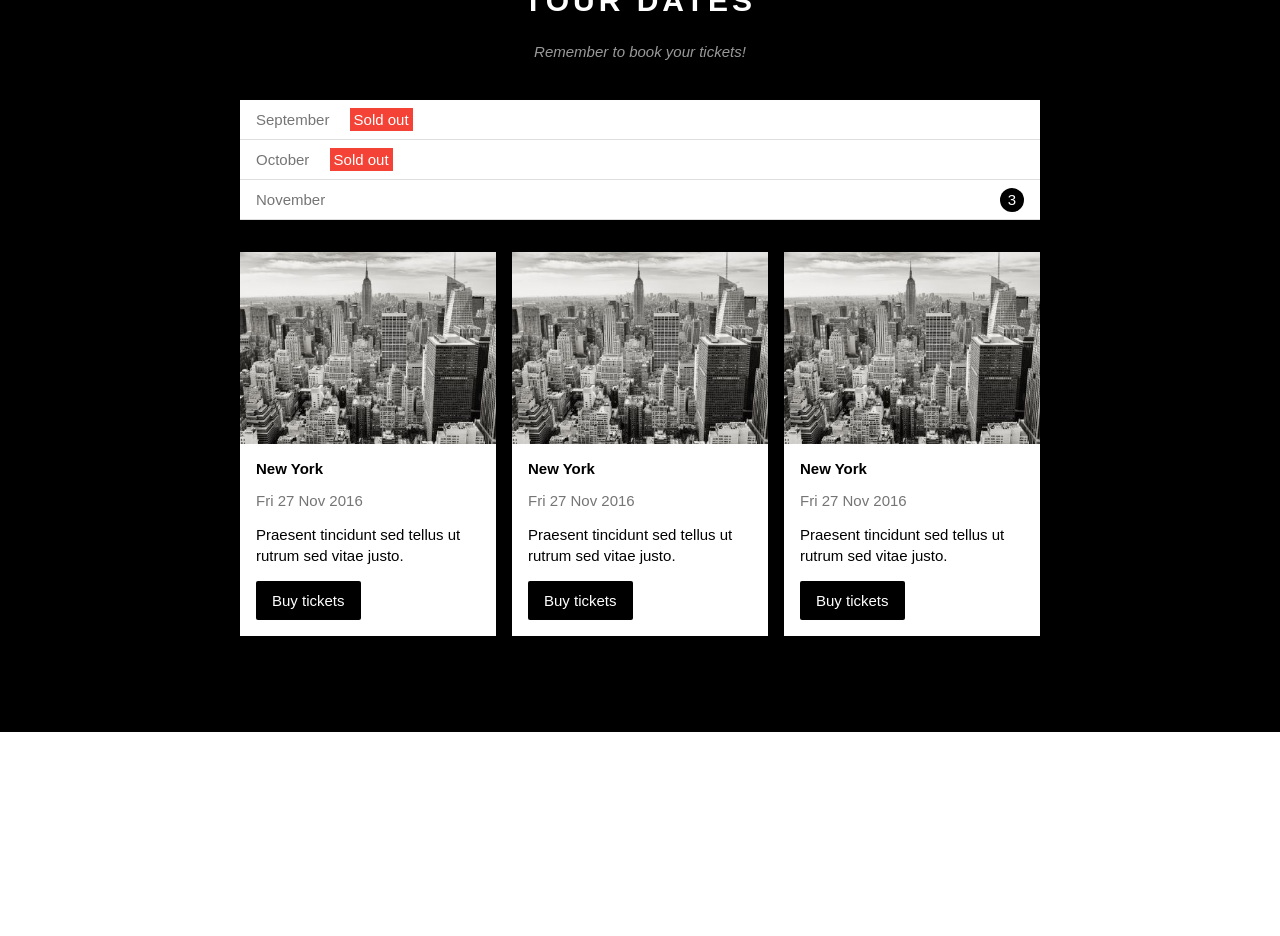
Repository: Phunobita/The-band-w3school
Page: index.html
An editor plug-in stored every save of this project. The page is shown before and after the next save, followed by the edit.
The browser window is 1280 px wide. The pictures show the part of the page from y = 1023 to 1975 px (the page is 1959 px tall before and 1975 px after).
A picture or video elsewhere on the page could not be fetched, so the positions and the page height are approximate.

Above is the page before, as saved 2021-12-02 22:45:42.

### index.html
<!DOCTYPE html>
<html lang="en">

<head>
    <meta charset="UTF-8">
    <meta http-equiv="X-UA-Compatible" content="IE=edge">
    <meta name="viewport" content="width=device-width, initial-scale=1.0">
    <title>The band</title>
    <link rel="stylesheet" href="./assets/fonts/themify-icons-font/themify-icons/themify-icons.css">
    <link rel="stylesheet" href="./assets/css/style.css">
</head>

<body>
    <div id="main">
        <div id="header">
            <!--Begin nav-->
            <ul id="nav">
                <li><a href="">Home</a></li>
                <li><a href="">Band</a></li>
                <li><a href="">Tour</a></li>
                <li><a href="">Contact</a></li>
                <li>
                    <a href="">
                        More
                        <i class="nav-arrow-down ti-angle-down"></i>
                    </a>
                    <ul class="subnav">
                        <li><a href="">Merchandise</a></li>
                        <li><a href="">Extras</a></li>
                        <li><a href="">Media</a></li>
                    </ul>
                </li>
            </ul>
            <!--End nav-->
            <div class="search-btn">
                <i class="search-icon ti-search"></i>
            </div>
        </div>

        <div id="slider">
            <img src="./assets/img/chicago.jpg" alt="" class="slider__img">
            <div class="text-content">
                <h2 class="heading">New York</h2>
                <div class="content">The atmosphere in New York is lorem ipsum</div>
            </div>

        </div>
        <!--About section-->
        <div id="content">
            <div class="content-section">
                <h2 class="section-heading">THE BAND</h2>
                <p class="section-sub-heading">We love music</p>
                <p class="about-text">We have created a fictional band website. Lorem ipsum dolor sit amet, consectetur
                    adipiscing elit, sed do eiusmod tempor incididunt ut labore et dolore magna aliqua. Ut enim ad minim
                    veniam, quis nostrud exercitation ullamco laboris nisi ut aliquip ex ea commodo consequat. Duis aute
                    irure dolor in reprehenderit in voluptate velit esse cillum dolore eu fugiat nulla pariatur.
                    Excepteur sint occaecat cupidatat non proident, sunt in culpa qui officia deserunt mollit anim id
                    est laborum consectetur adipiscing elit, sed do eiusmod tempor incididunt ut labore et dolore magna
                    aliqua. Ut enim ad minim veniam, quis nostrud exercitation ullamco laboris nisi ut aliquip ex ea
                    commodo consequat.</p>
                <div class="Team">
                    <div class="member-item">
                        <p class="member-name">Name</p>
                        <img src="./assets/img/tv.jpg" alt="Name" class="member-img">
                    </div>
                    <div class="member-item">
                        <p class="member-name">Name</p>
                        <img src="./assets/img/tv.jpg" alt="Name" class="member-img">
                    </div>
                    <div class="member-item">
                        <p class="member-name">Name</p>
                        <img src="./assets/img/tv.jpg" alt="Name" class="member-img">
                    </div>
                    <div class="clear"></div>
                </div>
            </div>

            <!--Tour section-->
            <div class="tour__section">
                <div class="content-section">
                    <h2 class="section-heading">TOUR DATES</h2>
                    <p class="section-sub-heading">Remember to book your tickets!</p>

                    <ul class="ticket__list">
                        <li class="ticket__list-item">
                            September
                            <span class="sold-out">Sold out</span>
                        </li>
                        <li class="ticket__list-item">
                            October
                            <span class="sold-out">Sold out</span>
                        </li>
                        <li class="ticket__list-item">
                            November
                            <span class="quantity">3</span>
                        </li>
                    </ul>
                    <div class="place__list">
                        <div class="place__list-item">
                            <img src="./assets/img/newyork.jpg" alt="New York" class="place__img">
                            <div class="place-body">
                                <h3 class="place-heading">New York</h3>
                                <p class="place-time">Fri 27 Nov 2016</p>
                                <p class="place-description">Praesent tincidunt sed tellus ut rutrum sed vitae justo.
                                </p>
                                <a href="#" class="place-buy-btn">Buy tickets</a>
                            </div>
                        </div>
                        <div class="place__list-item">
                            <img src="./assets/img/newyork.jpg" alt="New York" class="place__img">
                            <div class="place-body">
                                <h3 class="place-heading">New York</h3>
                                <p class="place-time">Fri 27 Nov 2016</p>
                                <p class="place-description">Praesent tincidunt sed tellus ut rutrum sed vitae justo.
                                </p>
                                <a href="#" class="place-buy-btn">Buy tickets</a>
                            </div>
                        </div>
                        <div class="place__list-item">
                            <img src="./assets/img/newyork.jpg" alt="New York" class="place__img">
                            <div class="place-body">
                                <h3 class="place-heading">New York</h3>
                                <p class="place-time">Fri 27 Nov 2016</p>
                                <p class="place-description">Praesent tincidunt sed tellus ut rutrum sed vitae justo.
                                </p>
                                <a href="#" class="place-buy-btn">Buy tickets</a>
                            </div>
                        </div>
                        <div class="clear"></div>
                    </div>
                </div>
            </div>
            <!--Contact section-->
            <div class="content-section">
                <h2 class="section-heading">CONTACT</h2>
                <p class="section-sub-heading">Fan? Drop a note!</p>
            </div>

            <div id="footer">

            </div>
        </div>
</body>

</html>

### assets/css/style.css
* {
  padding: 0;
  margin: 0;
  box-sizing: border-box;
}
html {
  font-family: Arial, Helvetica, sans-serif;
}
/*
1.vi tri
2. kich thuoc
3.Mau sac
4. Hinh dang
*/
.clear {
  clear: both;
}
#main {
}
#header {
  height: 46px;
  background-color: black;
  position: fixed;
  top: 0;
  left: 0;
  right: 0;
  z-index: 1;
}
#nav {
  display: inline-block;
}
#nav,
.subnav {
  list-style-type: none;
}
#nav > li > a {
  color: #fff;
  text-transform: uppercase;
}
#nav li a {
  text-decoration: none;
  line-height: 46px;
  padding: 0 24px;
  display: block;
}
#nav > li:hover > a,
#nav .subnav li:hover a {
  color: black;
  background-color: #ccc;
}
#nav li:hover .subnav {
  display: block;
}
#nav > li {
  display: inline-block;
  position: relative;
}
#nav .nav-arrow-down {
  font-size: 14px;
}
#nav .subnav {
  display: none;
  min-width: 160px;
  position: absolute;
  top: 100%;
  background-color: white;
  box-shadow: 0 0 10px rgba(0, 0, 0, 0.3);
}
#nav .subnav a {
  color: black;
  padding: 0 12px;
  line-height: 38px;
}
#header .search-btn {
  float: right;
  padding: 0 21px;
  cursor: pointer;
}
#header .search-icon {
  color: #fff;
  font-size: 20px;
  line-height: 46px;
}
#header .search-btn:hover {
  background-color: #f44336;
}
#slider {
  margin-top: 46px;
  position: relative;
  background: url("/assets/img/chicago.jpg") top center / cover no-repeat;
}
#slider .text-content {
  position: absolute;
  bottom: 47px;
  color: white;
  width: 100%;
  text-align: center;
}
#silder .heading {
  font-weight: 500px;
  font-size: 24px;
}
#slider .content {
  font-size: 15px;
  margin-top: 25px;
}
#content {
}
#content .content-section {
  padding: 64px 0;
  width: 800px;
  margin-left: auto;
  margin-right: auto;
}
#content .section-heading {
  font-size: 30px;
  font-weight: 500px;
  text-align: center;
  letter-spacing: 4px;
}
#content .section-sub-heading {
  font-size: 15px;
  text-align: center;
  margin-top: 25px;
  font-style: italic;
  opacity: 0.6;
}
#content .about-text {
  margin-top: 25px;
  text-align: justify;
  line-height: 1.4;
  font-size: 15px;
}
#content .member-item {
  float: left;
  width: calc(100% / 3);
  text-align: center;
}
#content .Team {
  margin-top: 48px;
}
#content .member-name {
  font-size: 15px;
  margin-bottom: 15px;
}
#content .member-img {
  width: 154px;
  border-radius: 4px;
}

/* Tour section */
.tour__section {
  background-color: #000;
}
.section-heading,
.section-sub-heading {
  color: #fff;
}
.ticket__list {
  background-color: #fff;
  margin-top: 40px;
  list-style: none;
}
.ticket__list-item {
  color: #757575;
  font-size: 15px;
  padding: 11px 16px;
  border-bottom: 1px solid #ddd;
}
.ticket__list .sold-out {
  color: #fff;
  background-color: #f44336;
  padding: 3px 4px;
  margin-left: 16px;
}
.ticket__list .quantity {
  float: right;
  width: 24px;
  height: 24px;
  background-color: #000;
  color: #fff;
  border-radius: 50%;
  text-align: center;
  line-height: 24px;
  margin-top: -3px;
}

/*  Place body*/
.place__list {
  margin: 32px -8px 0 -8px;
  padding-bottom: 32px;
}
.place__list-item {
  float: left;
  width: 33.3333%;
  padding: 0 8px;
}
.place__img {
  width: 100%;
  display: block;
}
.place__img:hover {
  opacity: 0.7;
}
.place-body {
  background-color: #fff;
  padding: 16px;
  font-size: 15px;
}
.place-heading {
  font-size: 15px;
  font-weight: 600;
}
.place-time {
  margin-top: 15px;
  color: #757575;
}
.place-description {
  margin-top: 15px;
  line-height: 1.4;
}
.place-buy-btn {
  display: inline-block;
  background-color: black;
  color: #fff;
  text-decoration: none;
  padding: 11px 16px;
  margin-top: 15px;
  border-radius: 2px;
}
.place-buy-btn:hover {
  color: #000;
  background-color: #ccc;
}

#footer {
}

Loaded but not shown: assets/fonts/themify-icons-font/themify-icons/themify-icons.css (common file)

After the next save:
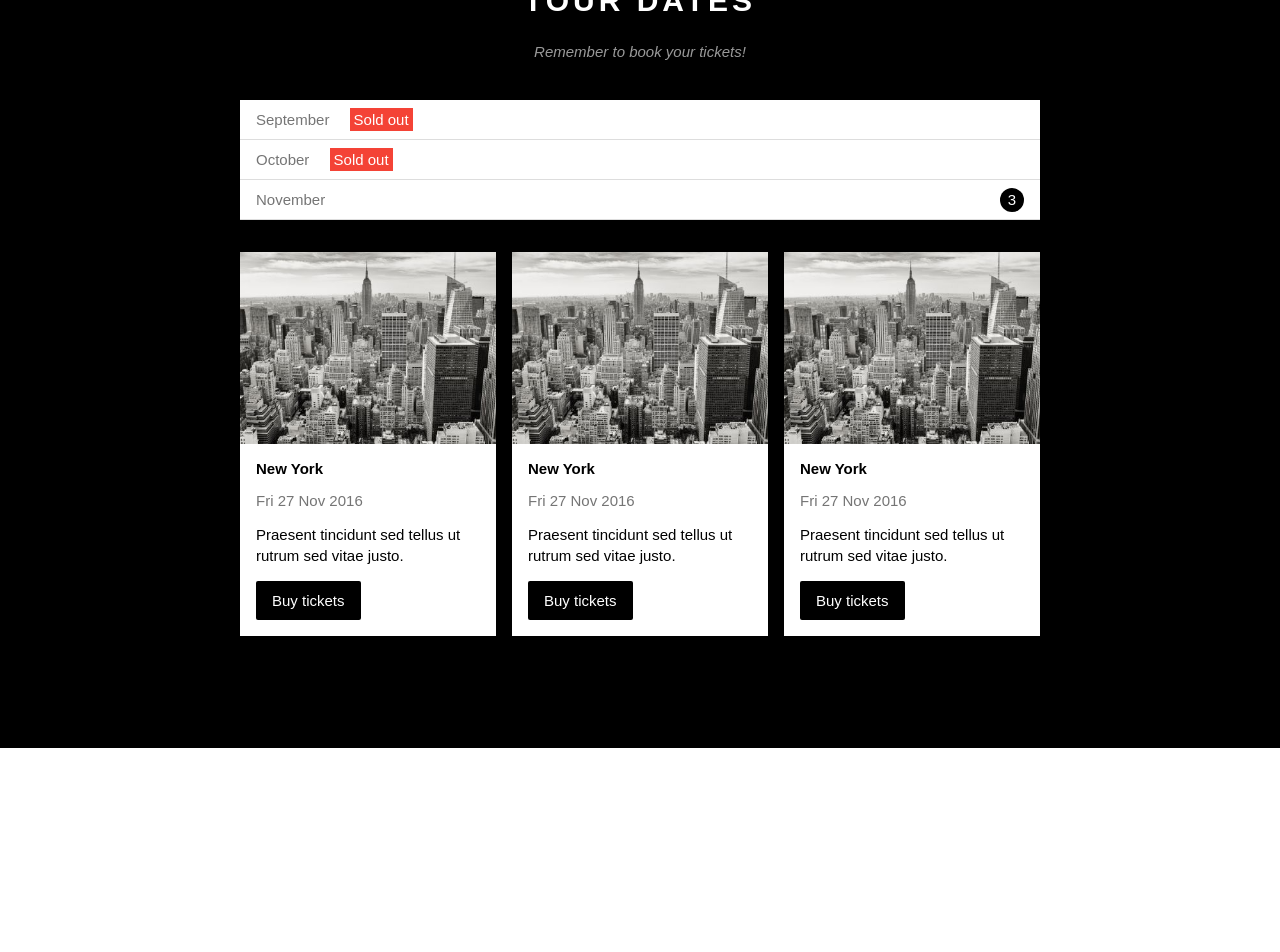
Saved 21 s later.
--- a/assets/css/style.css
+++ b/assets/css/style.css
@@ -188,7 +188,7 @@
 /*  Place body*/
 .place__list {
   margin: 32px -8px 0 -8px;
-  padding-bottom: 32px;
+  padding-bottom: 48px;
 }
 .place__list-item {
   float: left;
